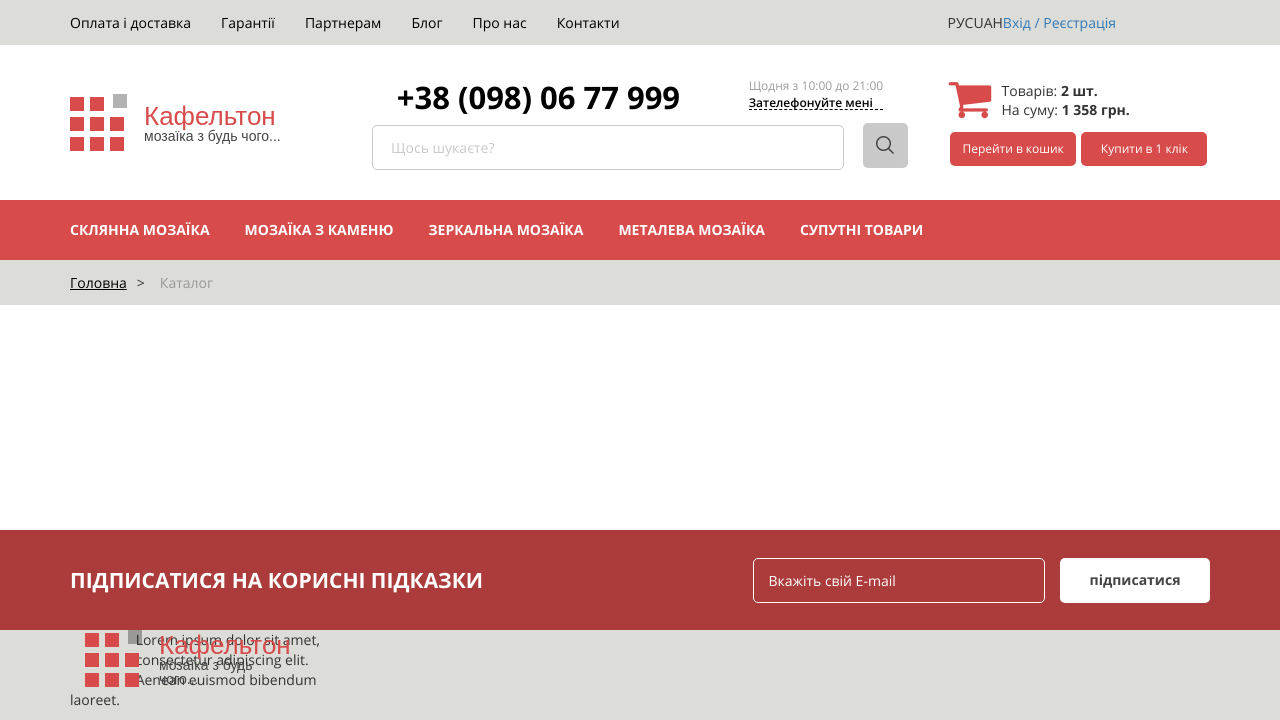
Repository: zellenka/mozaika
Page: app/index.html
The author's editor kept a copy of each file at every save. The page is drawn from the files as they stood at one save, then again after the next save.
The browser window is 1280 px wide. The pictures show the whole page.
Some web fonts or font styles are not loaded; a fallback is used. The style sheet was rebuilt from its Sass, Less or Tailwind sources for each picture, by a compiler version that may differ from the author's.

Above is the page before, as saved 2018-07-13 16:09:12.
Console error (its wording comes from the project's code and is left out).

After the next save:
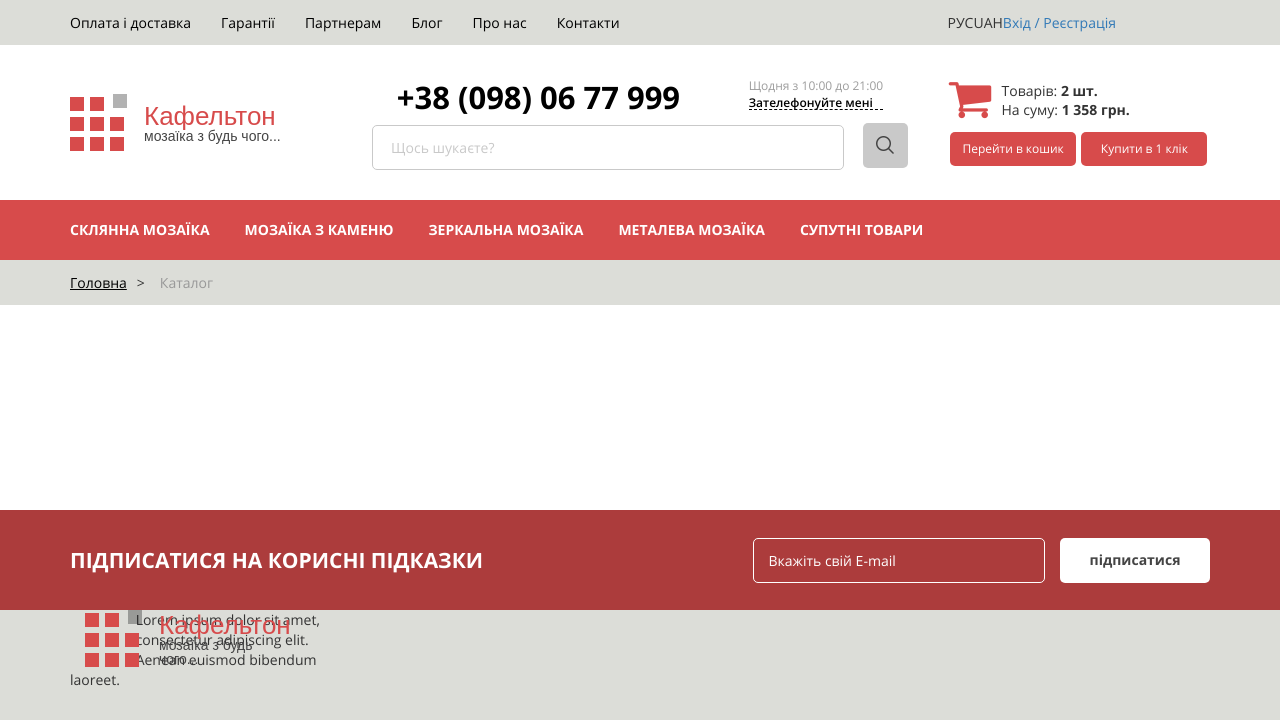
Saved 39 s later.
--- a/app/index.html
+++ b/app/index.html
@@ -126,18 +126,21 @@
 		<div class="footer-block container">
 			<div class="row">
 				<div class="col-md-3">
-						<div>
-								<a href="" class="col-md-3 header__middle-logo">
-										<img src="/img/logo.png" alt="" class="header__middle-logo-img">
-										<div>
-												<p class="header__middle-logo-text">Кафельтон</p>
-												<p class="header__middle-logo-slogan">мозаїка з будь чого...</p>
-										</div>
-								</a>
-						</div>
+						<a href="" class="col-md-3 header__middle-logo">
+								<img src="/img/logo.png" alt="" class="header__middle-logo-img">
+								<div>
+										<p class="header__middle-logo-text">Кафельтон</p>
+										<p class="header__middle-logo-slogan">мозаїка з будь чого...</p>
+								</div>
+						</a>
 						<p>Lorem ipsum dolor sit amet,
 								consectetur adipiscing elit. Aenean
 								euismod bibendum laoreet.</p>
+								<div>
+									<a href=""><img src="" alt=""></a>
+									<a href=""><img src="" alt=""></a>
+									<a href=""><img src="" alt=""></a>
+								</div>
 				</div>
 				<div class="col-md-3"></div>
 				<div class="col-md-3"></div>
